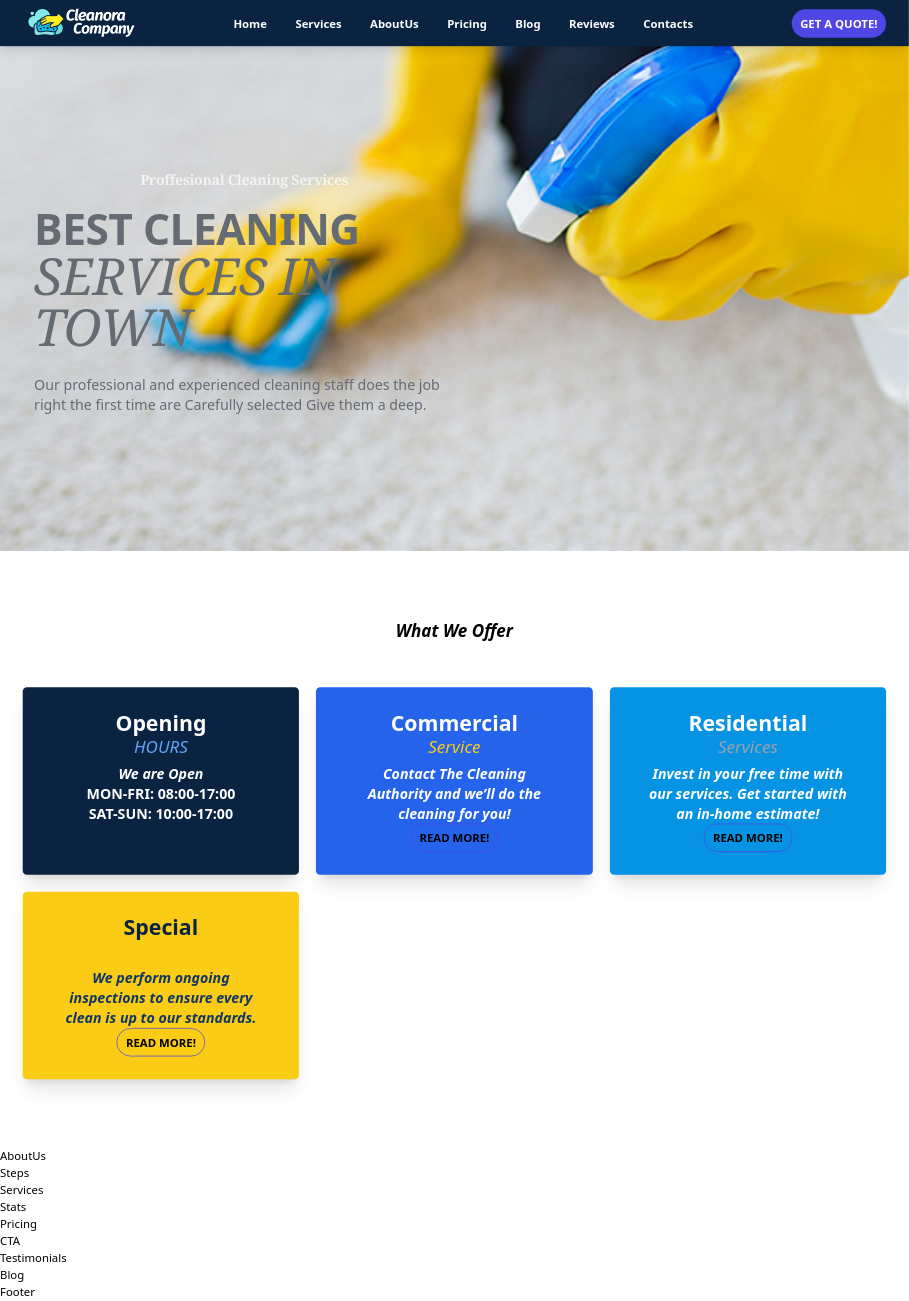
Repository: remydev47/cleonara
Page: /
The author's editor kept a copy of each file at every save. The page is drawn from the files as they stood at one save, then again after the next save.
The browser window is 1280 px wide. The pictures show the whole page, at 71% of full size.
The project was rebuilt for these pictures with package versions that can differ from the ones it lists, and the page was loaded fresh each time. The framework's server and built-in components were replaced by stand-ins that run in the browser. Also part of the build but not shown: next.config.js.

Above is the page before, as saved 2022-11-01 13:01:49.

After the next save:
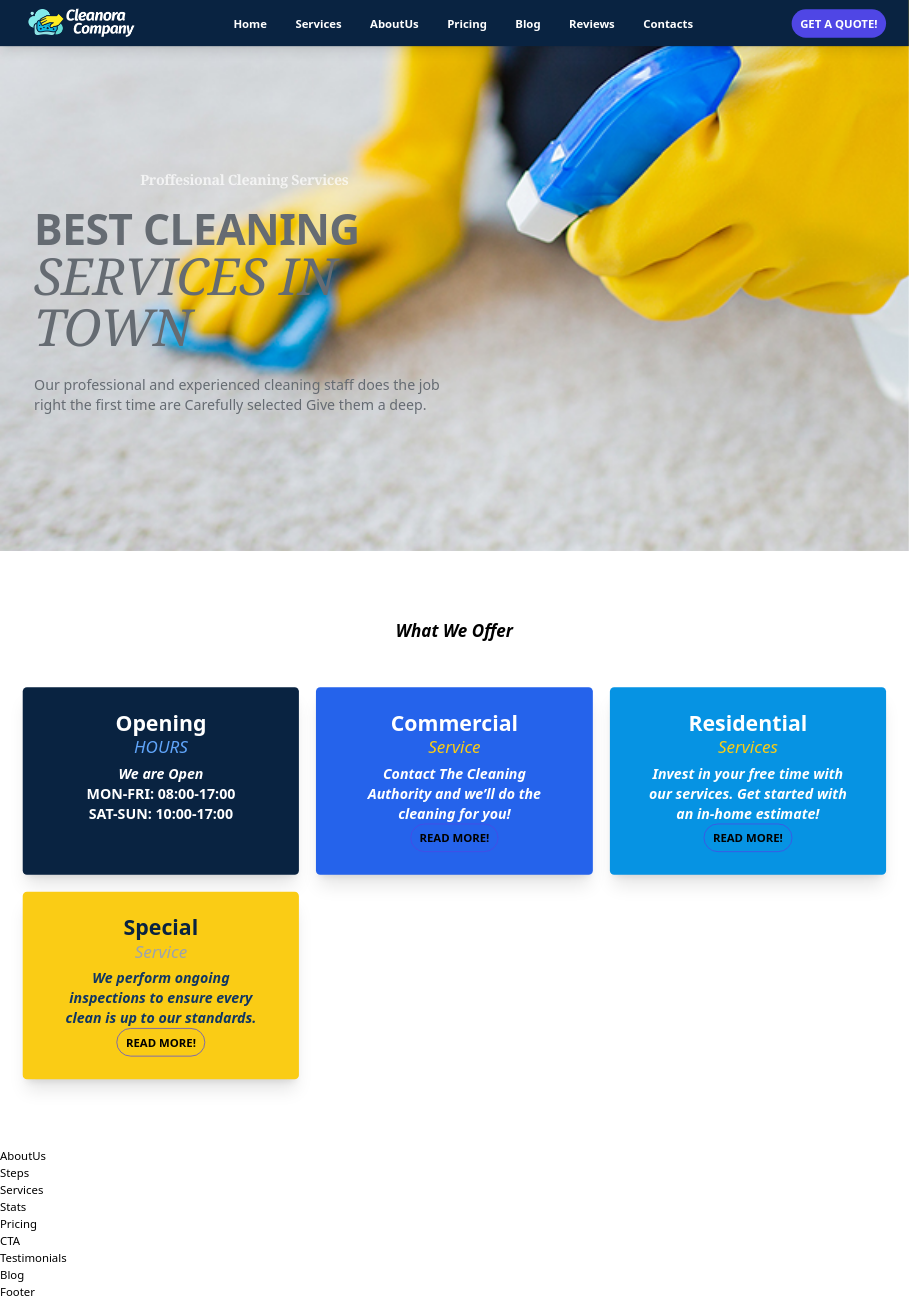
Saved 28 s later.
--- a/components/Offers.tsx
+++ b/components/Offers.tsx
@@ -51,7 +51,7 @@
           <div className="p-8 xl:px-12 flex flex-col items-center justify-center">
              <div className='flex flex-col'>
                <h1 className='text-3xl font-semibold text-white'>Residential</h1>
-               <span className='italic text-2xl text-gray-400'>Services</span>
+               <span className='italic text-2xl text-yellow-400'>Services</span>
              </div>
              <h2 className='font-bold text-xl italic text-white text-center mt-2'>
                Invest in your free time with our services. Get started with an in-home estimate!
@@ -68,7 +68,7 @@
           <div className="p-8 xl:px-12 flex flex-col items-center justify-center">
              <div className='flex flex-col'>
                <h1 className='text-3xl font-semibold text-[#092341]'>Special</h1>
-               <span className='italic text-2xl text-yellow-400'>Service</span>
+               <span className='italic text-2xl text-gray-400'>Service</span>
              </div>
              <h2 className='font-bold text-xl italic text-[#0f3664] text-center mt-2'>
               We perform ongoing inspections to ensure every clean is up to our standards.
